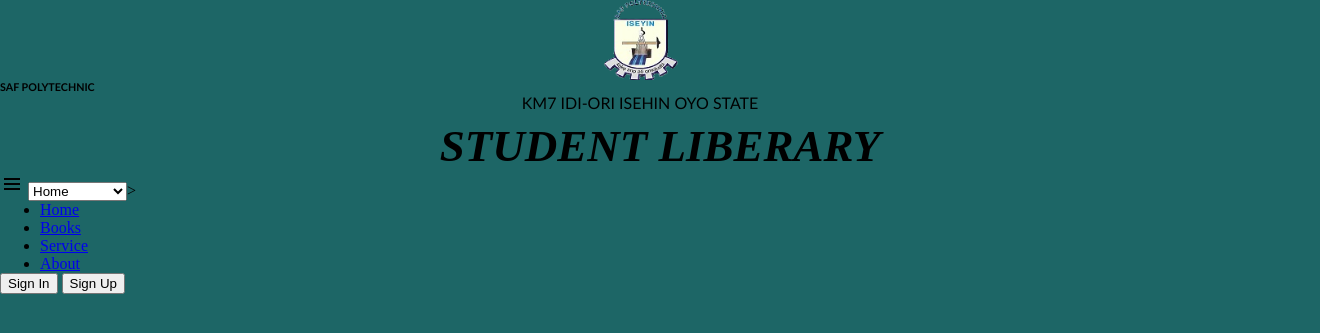
Repository: makinwademila/new-html
Page: index.html
The author's editor kept a copy of each file at every save. The page is drawn from the files as they stood at one save, then again after the next save.
The browser window is 1280 px wide. The page is 1280 px wide, then 1320 px, so the pictures cover 1320 px, including what lies to the right of the window. The pictures show the whole page.

Above is the page before, as saved 2025-02-10 16:23:55.

### index.html
<!DOCTYPE html>
<html>

<head>

    <title>test web page</title>
    <link href="style.css" rel="stylesheet">
</head>
<title>saf porject</title>

<body>
    <header>
        <div class="names">
            <img src="logo.png">
            <div class="name">
                <h6>
                    SAF POLYTECHNIC
                </h6>
            </div>

            <div class="namer"> KM7 IDI-ORI ISEHIN OYO STATE
            </div>
        </div>
    </header>

    <nav>
        <div class="title">
            <h2>
                <ul>
                    STUDENT LIBERARY
                </ul>
            </h2>
        </div>
    </nav>
    <div class="nav-menu-btn">

        <svg xmlns="http://www.w3.org/2000/svg" width="24" height="24" viewBox="0 0 24 24"><path d="M4 6h16v2H4zm0 5h16v2H4zm0 5h16v2H4z"/></svg>
        <select name="menu list" id="menu 2">
                <option>Home</option>
                <option>Books</option>
                <option>Departments</option>
                <option>Reguest</option>
            </select>>
    </div>
    <div class="nav menu">
        <ul>
            <li><a href="#" class="first">Home</a></li>
            <li><a href="#" class="second">Books</a></li>
            <li><a href="#" class="third">Service</a></li>
            <li><a href="#" class="fourth">About</a></li>
        </ul>
    </div>

    <div class="nav-button">
        <button class="btn1" id="loginBtn">Sign In</button>
        <button class="btn" id="RegisterBtn">Sign Up</button>
    </div>

    <script src="script.js"></script>
</body>


</html>

### style.css
* {
    margin: auto;
    padding: auto;
}

body {
    margin: 0;
    padding: 0;
    background-color: rgb(29, 102, 102);
    height: auto;
    width: auto;
}

header {
    font-family: 'Gill Sans', 'Gill Sans MT', Calibri, 'Trebuchet MS', sans-serif;
    justify-content: center;
    align-content: center;
}

img {
    height: 80px;
    width: 80px;
    display: block;
    margin: auto;
}

.namer {
    display: flex;
    justify-content: center;
}

.title {
    display: flex;
    justify-content: center;
    font-size: 30px;
    font-style: oblique;
    margin-top: 0.5rem;
}

Loaded but not shown: script.js (no copy from this time; the picture is the same without it)

After the next save:
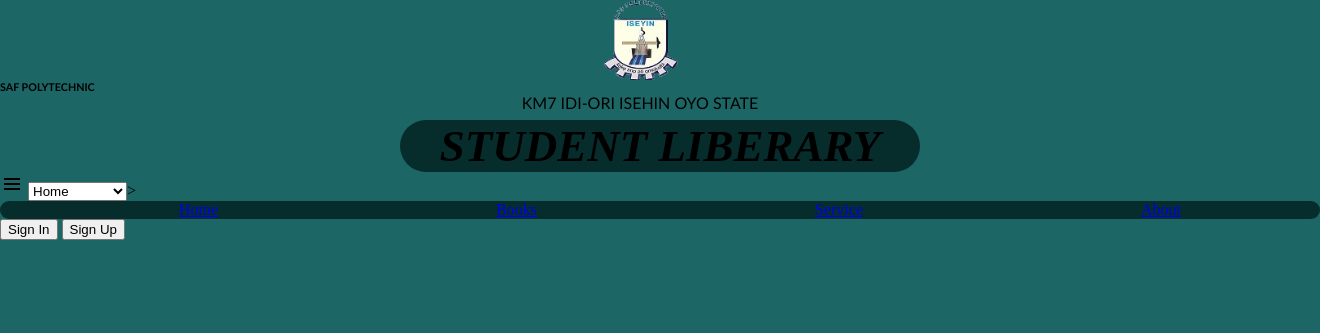
Saved 59 s later.
--- a/style.css
+++ b/style.css
@@ -24,6 +24,17 @@
     margin: auto;
 }
 
+ul {
+    display: flex;
+    flex-direction: row;
+    justify-content: space-between;
+    color: black;
+    background-color: rgb(7, 44, 44);
+    border-radius: 60px;
+    width: 100%;
+    list-style: none;
+}
+
 .namer {
     display: flex;
     justify-content: center;
